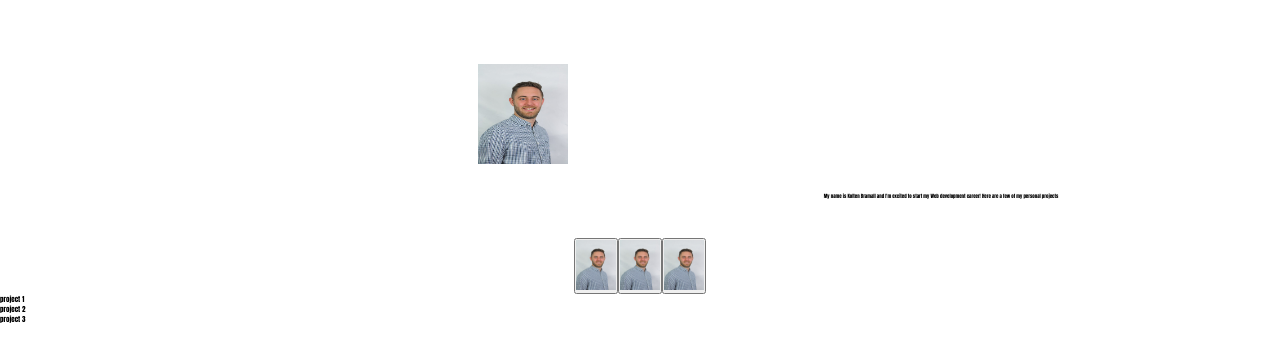
Repository: Kobramall/portfolio-project
Page: /portfolio
The author's editor kept a copy of each file at every save. The page is drawn from the files as they stood at one save, then again after the next save.
The browser window is 1280 px wide. The pictures show the whole page.
The project was rebuilt for these pictures with package versions that can differ from the ones it lists, and the page was loaded fresh each time. Also part of the build but not shown: src/App.css, src/componets/Main.jsx. Imported but missing from the stored project, and not drawn on this page: src/assets/Landscape.mov.

Above is the page before, as saved 2022-11-01 15:28:59.

After the next save:
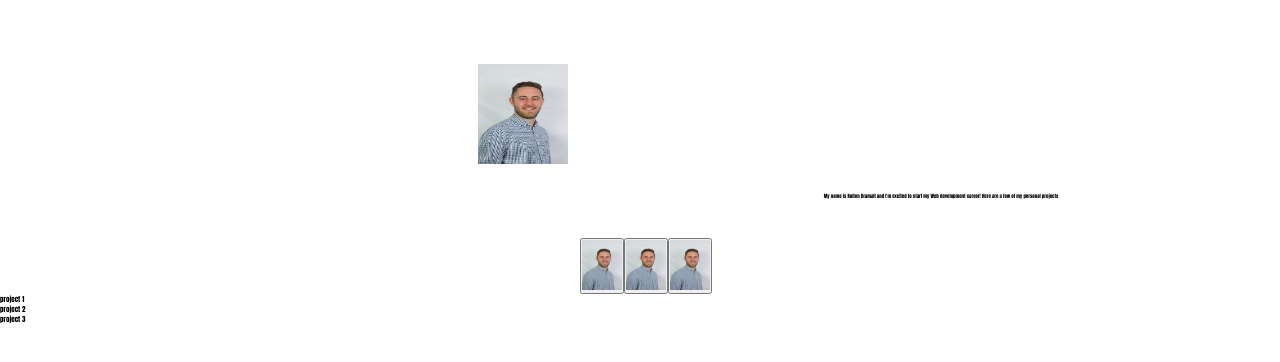
Saved 14 s later.
--- a/src/Portfolio.css
+++ b/src/Portfolio.css
@@ -24,4 +24,5 @@
   .projectLinks{
     display: flex;
     justify-content: center;
+    margin-left: 1%;
   }
